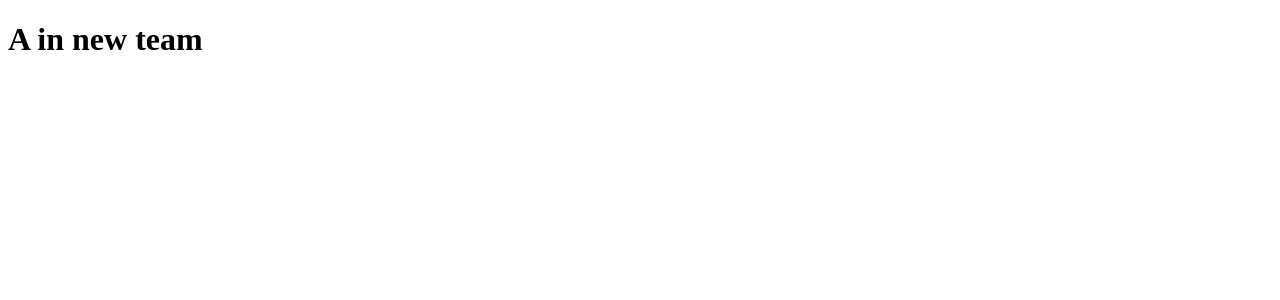
Repository: ohis/JAVAOnTheWeb
Page: http://localhost/TeamRoster/Team
An editor plug-in stored every save of this project. The page is shown before and after the next save, followed by the edit.
The browser window is 1280 px wide. The pictures show the whole page.
The page is served by Tomcat 9.

Above is the page before, as saved 2017-12-04 03:09:30.

After the next save:
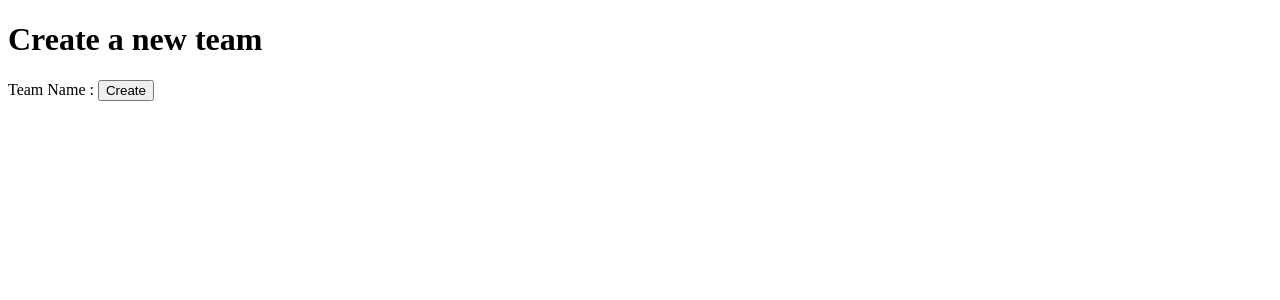
Saved 5 min 53 s later.
--- a/servlets/TeamRoster/WebContent/WEB-INF/views/NewTeam.jsp
+++ b/servlets/TeamRoster/WebContent/WEB-INF/views/NewTeam.jsp
@@ -7,6 +7,11 @@
 <title>Create new Team</title>
 </head>
 <body>
-  <h1>A in  new team</h1>
+  <h1>Create a new team</h1>
+
+  <form action="" method="post">
+   <label>Team Name :</label>
+   <input type="submit" value="Create">
+  </form>
 </body>
 </html>
